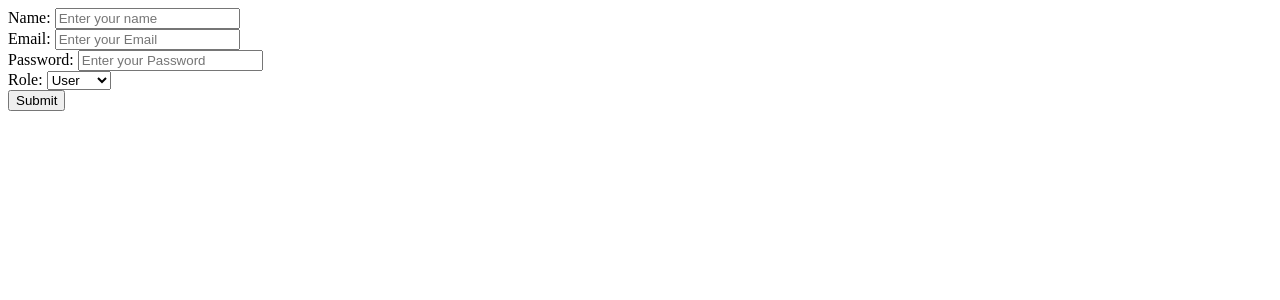
Repository: bharathabhi46/SkillSync-FrontEnd
Page: /
These files come from the project's save history. The page is drawn as it stood at one moment and after the next save; the edit follows.
The browser window is 1280 px wide. The pictures show the whole page.
The project was rebuilt for these pictures with package versions that can differ from the ones it lists, and the page was loaded fresh each time. Also part of the build but not shown: vite.config.js.

Above is the page before, as saved 2025-06-04 16:01:41.

After the next save:
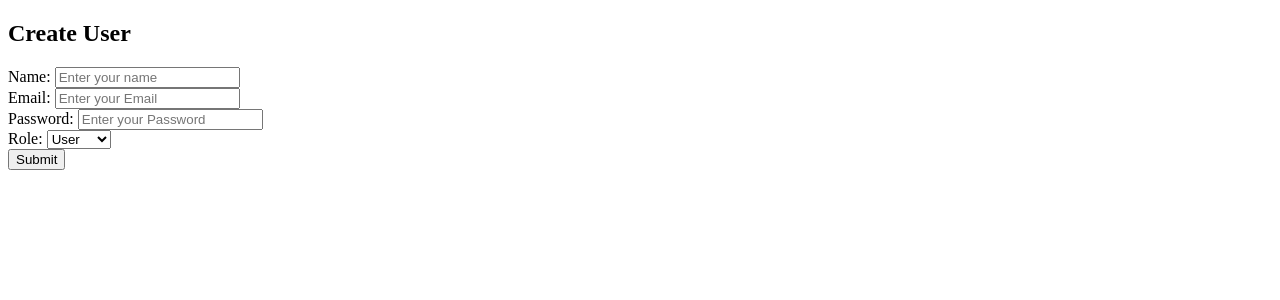
Saved 7 s later.
--- a/src/Components/CreateUser/CreateUser.jsx
+++ b/src/Components/CreateUser/CreateUser.jsx
@@ -12,6 +12,7 @@ const CreateUser = () => {
   ]);
   return (
     <div>
+      <h2>Create User</h2>
       <form>
         <label>Name: </label>
         <input
